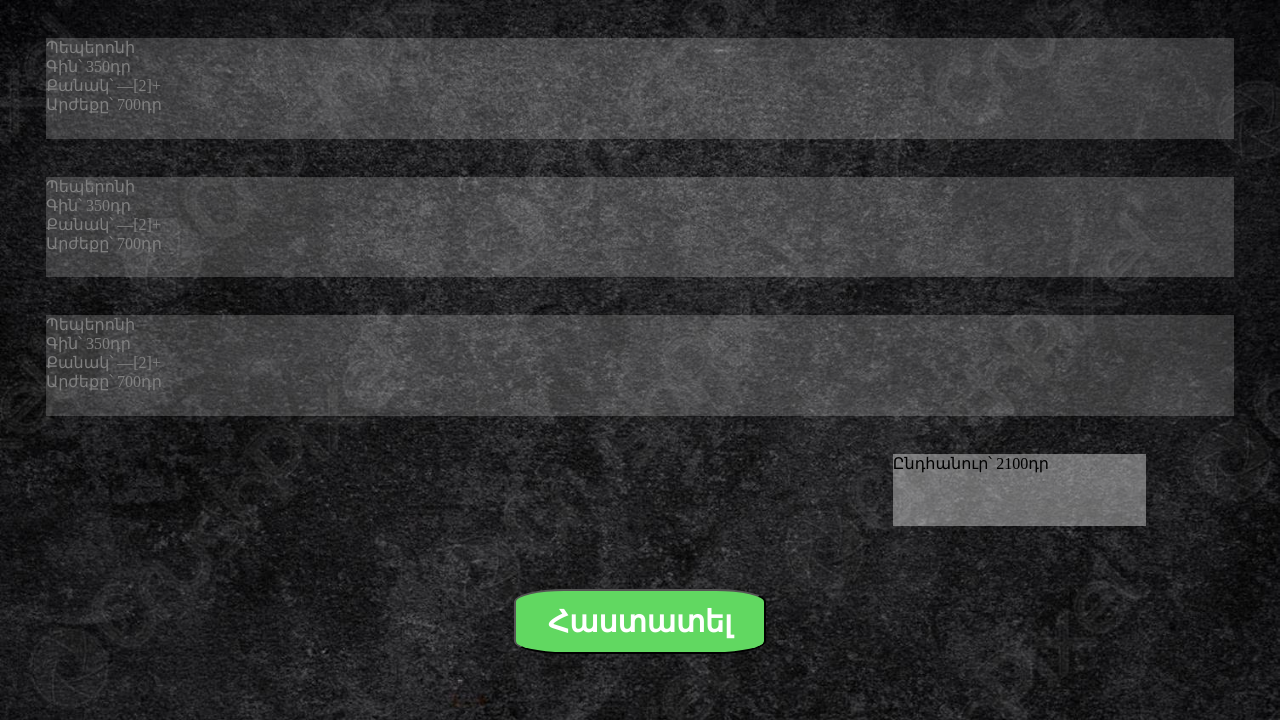
Repository: NarekTovmasyan/PizzaManue
Page: public/basket.html
The author's editor kept a copy of each file at every save. The page is drawn from the files as they stood at one save, then again after the next save.
The browser window is 1280 px wide. The pictures show the whole page.

Above is the page before, as saved 2022-01-20 14:09:32.

### public/basket.html
<!DOCTYPE html>
<html lang="en">
<head>
    <meta charset="UTF-8">
    <meta http-equiv="X-UA-Compatible" content="IE=edge">
    <meta name="viewport" content="width=device-width, initial-scale=1.0">
    <link rel="stylesheet" href="basket.css">
    <title>BASKET</title>

</head>
<body>
    <div class= "main">
        <div class ="prop">
            <div class="pizza1"></div>
            <div>Պեպերոնի</div>
            <div>Գին՝ 350դր</div>
            <div>Քանակ՝ —[2]+ </div>
            <div>Արժեքը՝ 700դր</div>
            <div></div>
         </div>
        <div class ="prop">
            <div class="pizza2"></div>
            <div>Պեպերոնի</div>
            <div>Գին՝ 350դր</div>
            <div>Քանակ՝ —[2]+ </div>
            <div>Արժեքը՝ 700դր</div>
            <div></div>
        </div>
        <div class ="prop">
            <div class="pizza3"></div>
            <div>Պեպերոնի</div>
            <div>Գին՝ 350դր</div>
            <div>Քանակ՝ —[2]+ </div>
            <div>Արժեքը՝ 700դր</div>
            <div></div>
        </div>
        <div class ="sum">Ընդհանուր՝ 2100դր</div>
         <button class = "confirm">Հաստատել</button>
    </div>
</body>
</html>

### public/basket.css
body {
    background-image: url(./images/background.jpg);
    background-repeat: no-repeat;
    background-size: cover;
  }
 .main{
      width: 100%;
      height: 80vh;
}
.prop{
  background-color: rgba(255, 255, 255, 0.178) ;
  color: grey;
  width: 94%;
  height: 14vh;
  margin-top: 3%;
  margin-left: 3%;
}
.sum{
    background-color: rgba(255, 255, 255, 0.377) ;
    width: 20%;
    height: 10vh;
    margin-top: 3%;
    margin-left: 70%;
}

.confirm{
    background-color:rgb(97, 216, 97);
    height: 9vh;
    width: 20%;
    border-radius:20%;
    text-align:center;
    font-size: 30px;
    font-weight: 700;
    margin-left:40%;
    margin-top: 5%;
    color:white;
    cursor: pointer;
}
.confirm:hover {
    background-color: rgb(216, 250, 216);
    color: black
  }

After the next save:
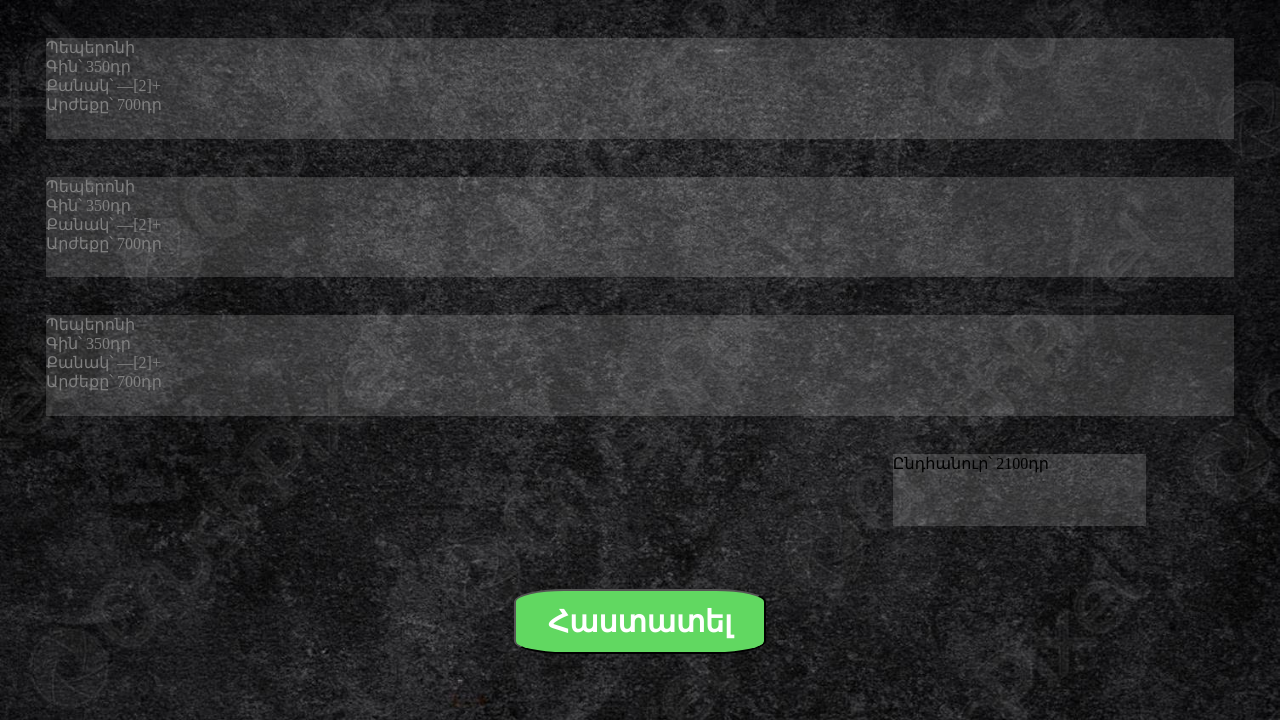
Saved 72 s later.
--- a/public/basket.css
+++ b/public/basket.css
@@ -8,7 +8,7 @@
       height: 80vh;
 }
 .prop{
-  background-color: rgba(255, 255, 255, 0.178) ;
+  background-color: rgba(255, 255, 255, 0.144) ;
   color: grey;
   width: 94%;
   height: 14vh;
@@ -16,7 +16,7 @@
   margin-left: 3%;
 }
 .sum{
-    background-color: rgba(255, 255, 255, 0.377) ;
+    background-color: rgba(255, 255, 255, 0.144) ;
     width: 20%;
     height: 10vh;
     margin-top: 3%;
